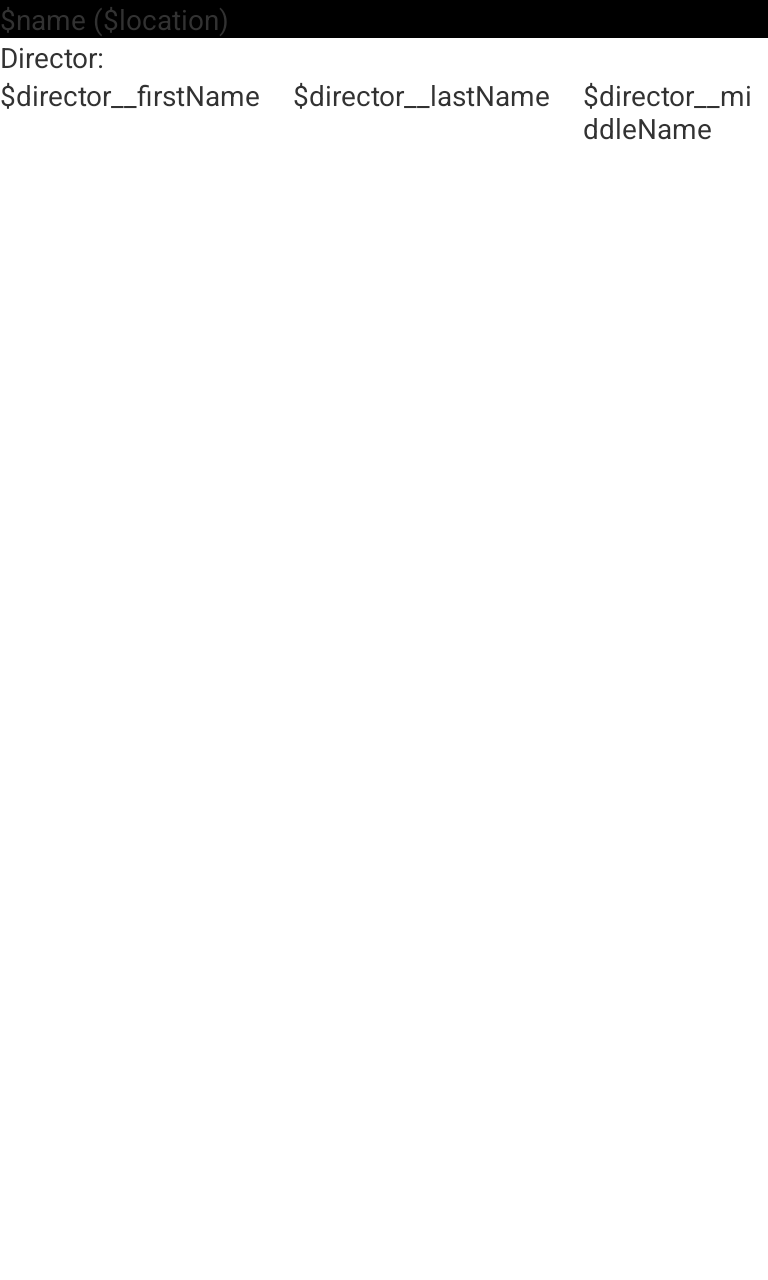
Repository: egslava/android-net-list-utils
Layout: NetUtilsSamples/res/layout/university.xml
An editor plug-in stored every save of this project. The layout is shown before and after the next save, followed by the edit.
It is drawn on a 768 x 1280 px phone screen (xhdpi) without system bars, with theme AppTheme; the app's code is not run. Lists and similar views that code fills are empty.

Above is the layout before, as saved 2013-10-15 08:14:15.

After the next save:
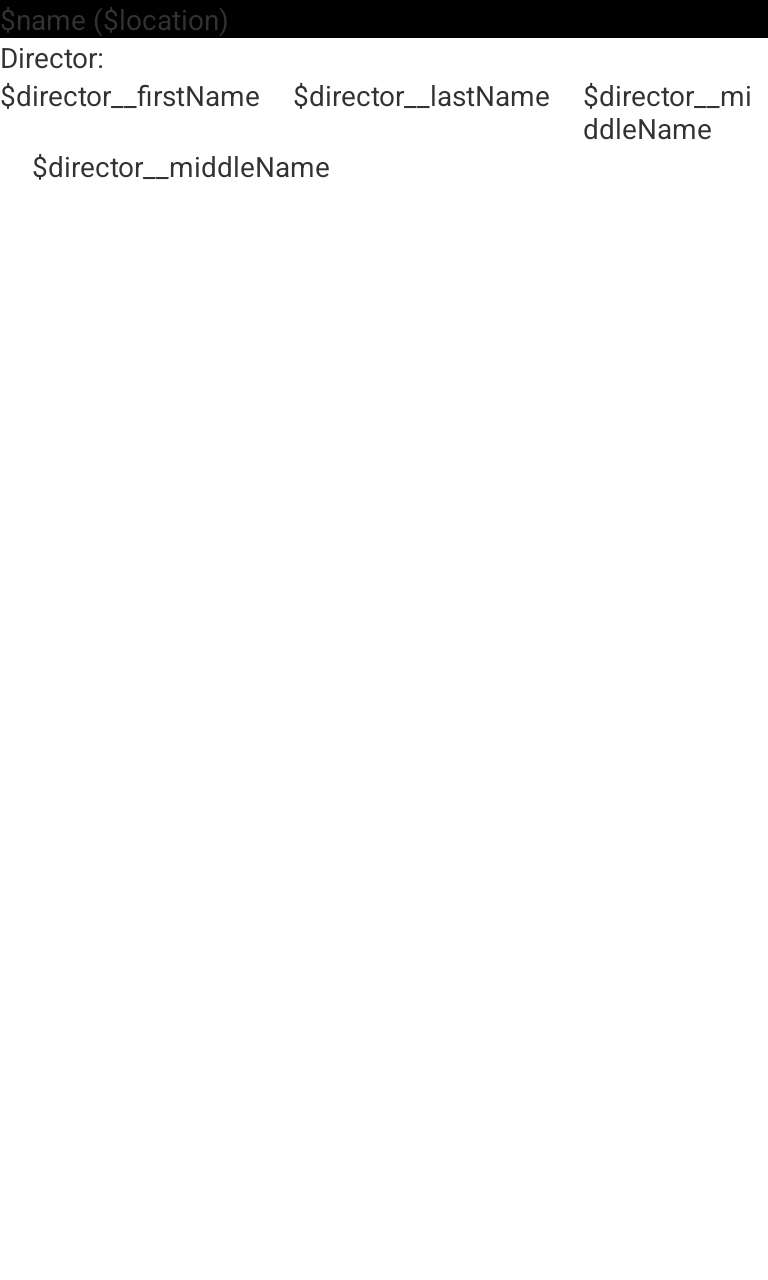
Saved 19 s later.
--- a/NetUtilsSamples/res/layout/university.xml
+++ b/NetUtilsSamples/res/layout/university.xml
@@ -61,17 +61,24 @@
                 android:id="@+id/$director__lastName"
                 android:layout_width="wrap_content"
                 android:layout_height="wrap_content"
-                android:text="$director__lastName"
-                android:layout_marginLeft="@dimen/activity_horizontal_margin" />
+                android:layout_marginLeft="@dimen/activity_horizontal_margin"
+                android:text="$director__lastName" />
 
             <TextView
                 android:id="@+id/$director__middleName"
                 android:layout_width="wrap_content"
                 android:layout_height="wrap_content"
-                android:text="$director__middleName"
-                android:layout_marginLeft="@dimen/activity_horizontal_margin" />
+                android:layout_marginLeft="@dimen/activity_horizontal_margin"
+                android:text="$director__middleName" />
         </LinearLayout>
     </LinearLayout>
+
+    <TextView
+        android:id="@+id/$director__middleName"
+        android:layout_width="wrap_content"
+        android:layout_height="wrap_content"
+        android:layout_marginLeft="@dimen/activity_horizontal_margin"
+        android:text="$director__middleName" />
 
     <ListView
         android:id="@+id/listView1"

After the 2 saves that followed:
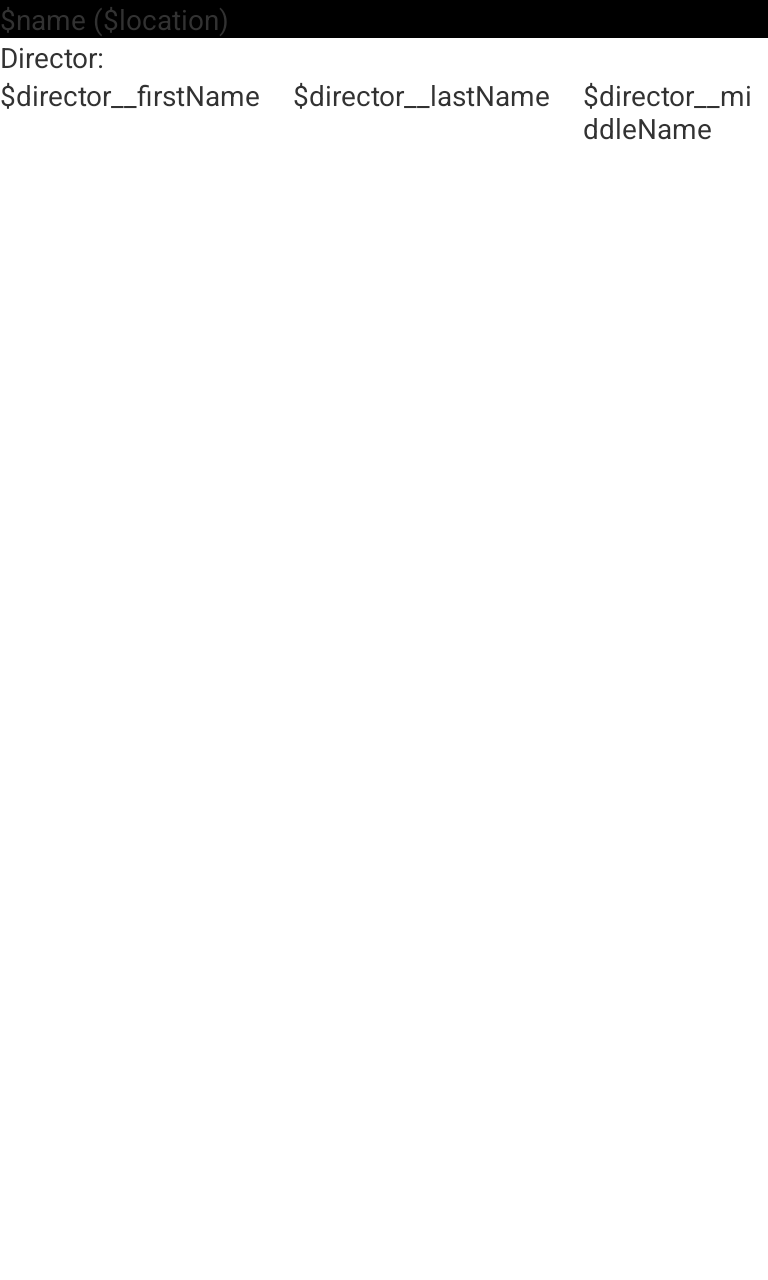
The 2 saves are shown as one change because they came seconds apart.
The last was saved 33 s later.
--- a/NetUtilsSamples/res/layout/university.xml
+++ b/NetUtilsSamples/res/layout/university.xml
@@ -73,13 +73,6 @@
         </LinearLayout>
     </LinearLayout>
 
-    <TextView
-        android:id="@+id/$director__middleName"
-        android:layout_width="wrap_content"
-        android:layout_height="wrap_content"
-        android:layout_marginLeft="@dimen/activity_horizontal_margin"
-        android:text="$director__middleName" />
-
     <ListView
         android:id="@+id/listView1"
         android:layout_width="match_parent"
